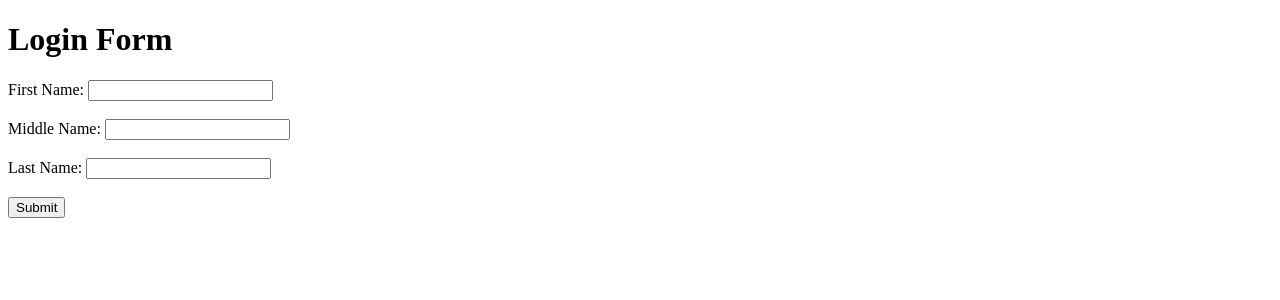
Repository: thatipallyvinod/AdvanceJava
Page: LoginFormApp/src/main/webapp/login.html
An editor plug-in stored every save of this project. The page is shown before and after the next save, followed by the edit.
The browser window is 1280 px wide. The pictures show the whole page.

Above is the page before, as saved 2024-03-25 08:56:24.

### LoginFormApp/src/main/webapp/login.html
<!DOCTYPE html>
<html lang="en">
<head>
    <meta charset="UTF-8">
    <meta name="viewport" content="width=device-width, initial-scale=1.0">
    <title>Login Form</title>
</head>
<body>
<div style="text-align: center;"></div>
    <h1>Login Form</h1>
    <form action="LoginFormServlet" method="GET">
        <label for="firstName">First Name:</label>
        <input type="text" id="firstName" name="FirstName"><br><br>

        <label for="middleName">Middle Name:</label>
        <input type="text" id="middleName" name="MiddleName"><br><br>

        <label for="lastName">Last Name:</label>
        <input type="text" id="lastName" name="LastName"><br><br>

        <button type="submit">Submit</button>
    </form>
</body>
</html>

After the next save:
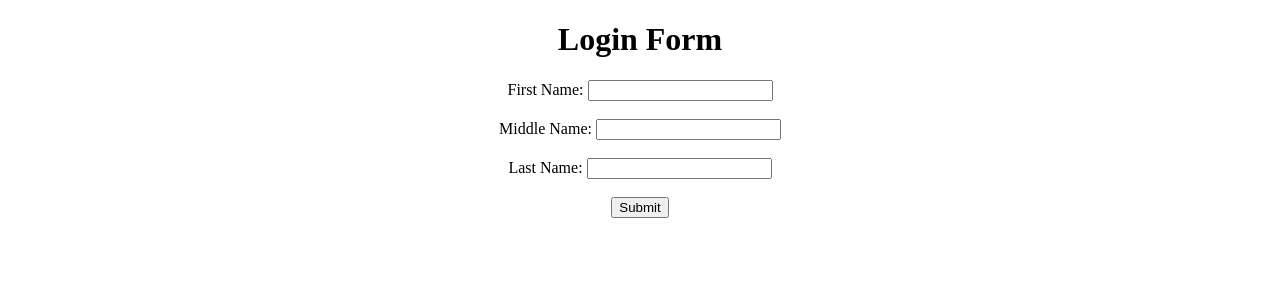
Saved 10 s later.
--- a/LoginFormApp/src/main/webapp/login.html
+++ b/LoginFormApp/src/main/webapp/login.html
@@ -6,7 +6,7 @@
     <title>Login Form</title>
 </head>
 <body>
-<div style="text-align: center;"></div>
+<div style="text-align: center;">
     <h1>Login Form</h1>
     <form action="LoginFormServlet" method="GET">
         <label for="firstName">First Name:</label>
@@ -20,5 +20,6 @@
 
         <button type="submit">Submit</button>
     </form>
+    </div>
 </body>
 </html>
